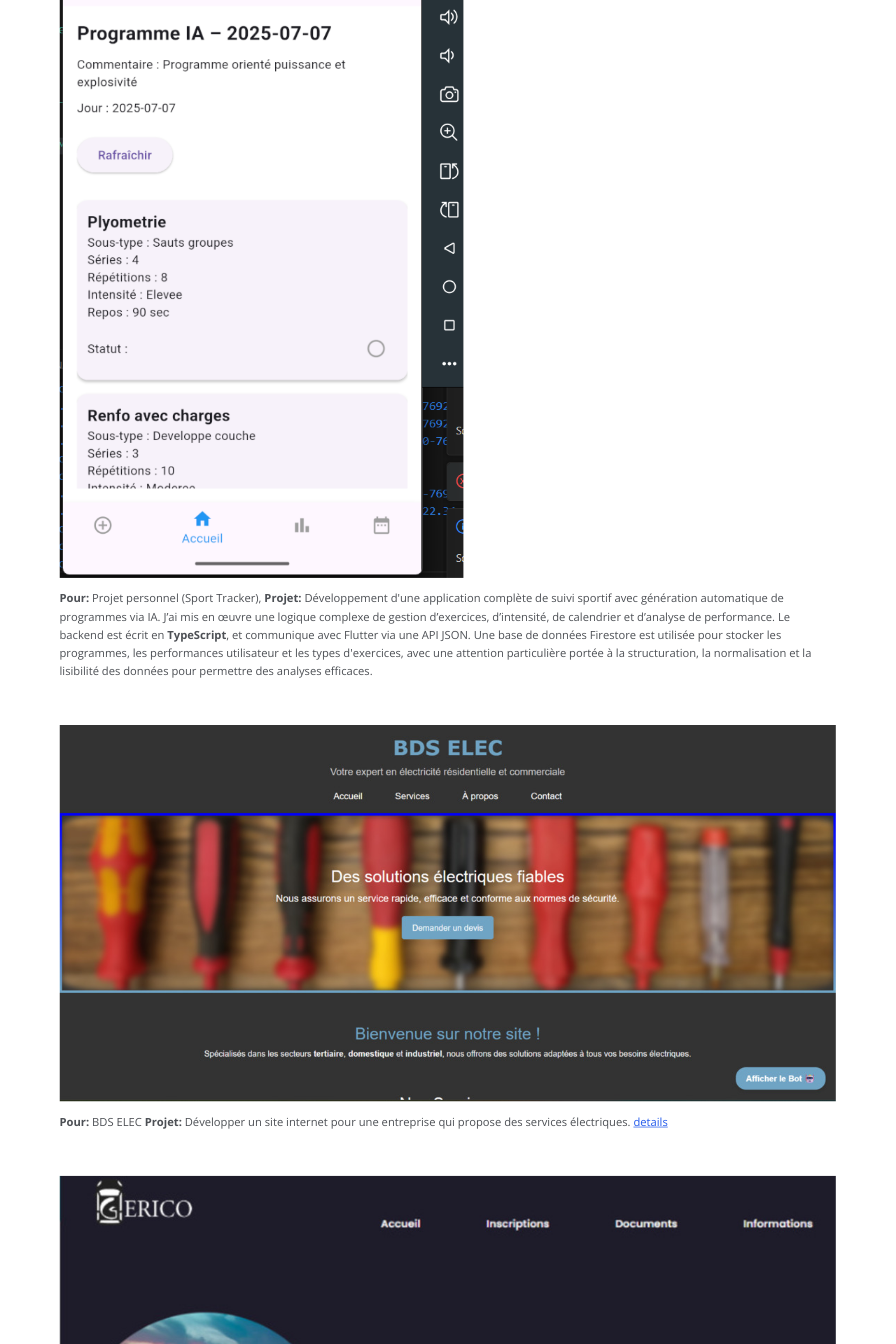
Repository: J2S80000/Portfolio
Page: index.html
The author's editor kept a copy of each file at every save. The page is drawn from the files as they stood at one save, then again after the next save.
The browser window is 1280 px wide. The pictures show the part of the page from y = 3531 to 5451 px (the page is 9226 px tall), at 70% of full size.

Above is the page before, as saved 2025-07-07 16:17:05.

After the next save:
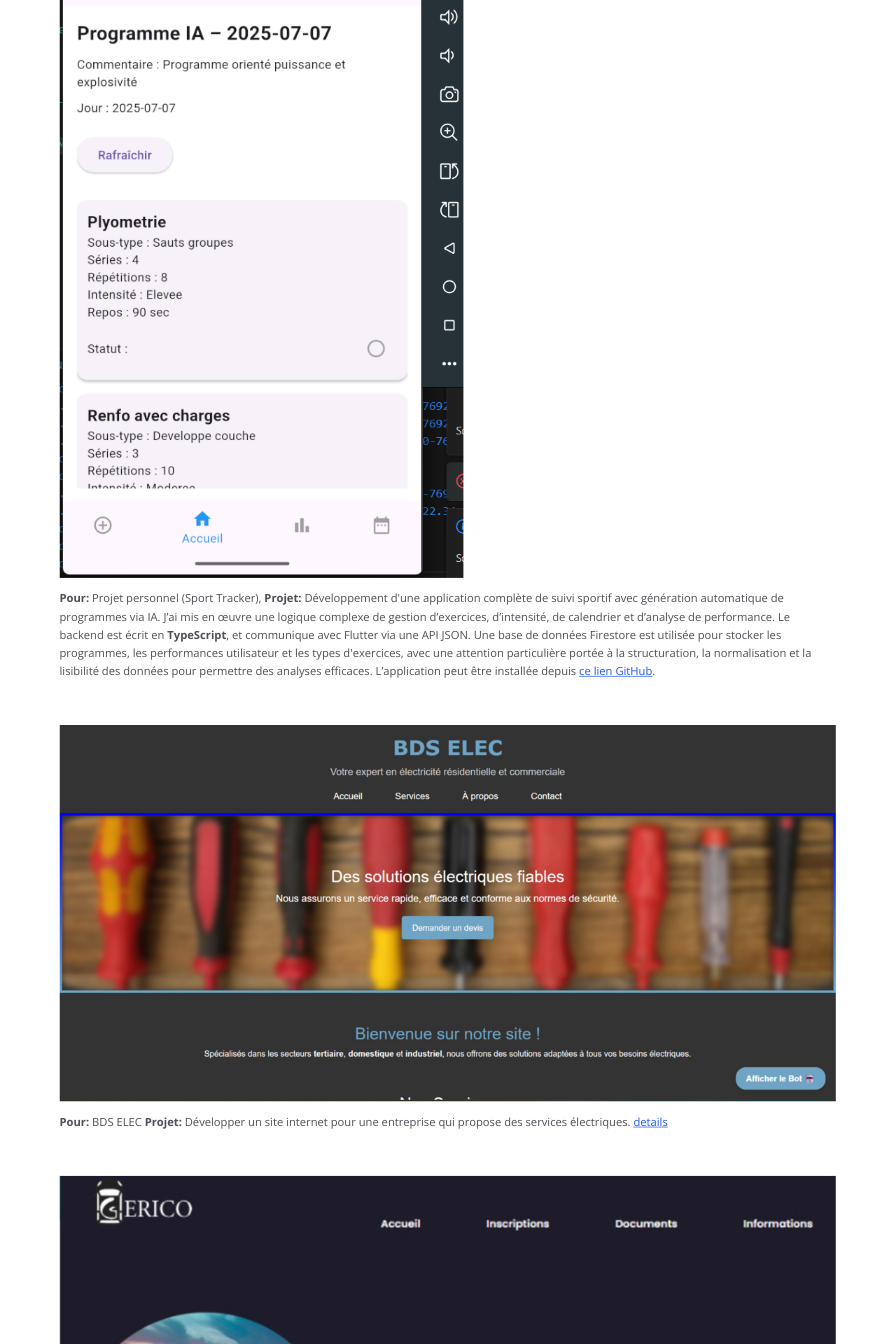
Saved 3 min 4 s later.
--- a/index.html
+++ b/index.html
@@ -216,7 +216,8 @@
   J’ai mis en œuvre une logique complexe de gestion d’exercices, d’intensité, de calendrier et d’analyse de performance.
   Le backend est écrit en <strong>TypeScript</strong>, et communique avec Flutter via une API JSON.
   Une base de données Firestore est utilisée pour stocker les programmes, les performances utilisateur et les types d'exercices, avec une attention particulière portée à la structuration, la normalisation et la lisibilité des données pour permettre des analyses efficaces.
-</p>                </div> <!-- end of text-container -->
+  L’application peut être installée depuis <a class="blue" href="https://github.com/J2S80000/Sport_Tracker/tree/main/build/app/outputs/flutter-apk" target="_blank">ce lien GitHub</a>.
+</p>             </div> <!-- end of text-container -->
 
                 <div class="text-container">
                     <div class="image-container">
